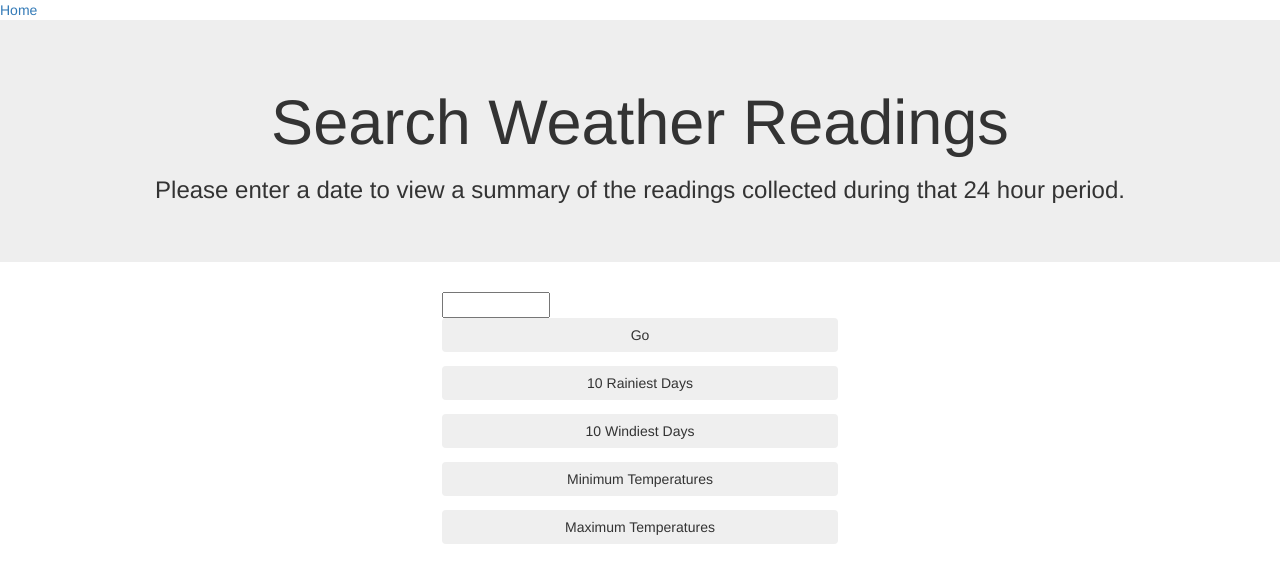
Repository: kralin27/ILC
Page: http://localhost/TESCWeather/WEB-INF/jsp/Search.jsp
An editor plug-in stored every save of this project. The page is shown before and after the next save, followed by the edit.
The browser window is 1280 px wide. The pictures show the whole page.
The page is served by Tomcat 9. Nobody is signed in. The template is opened directly, without the code that normally fills it, so the values that code supplies are empty.

Above is the page before, as saved 2016-12-13 02:52:13.

After the next save:
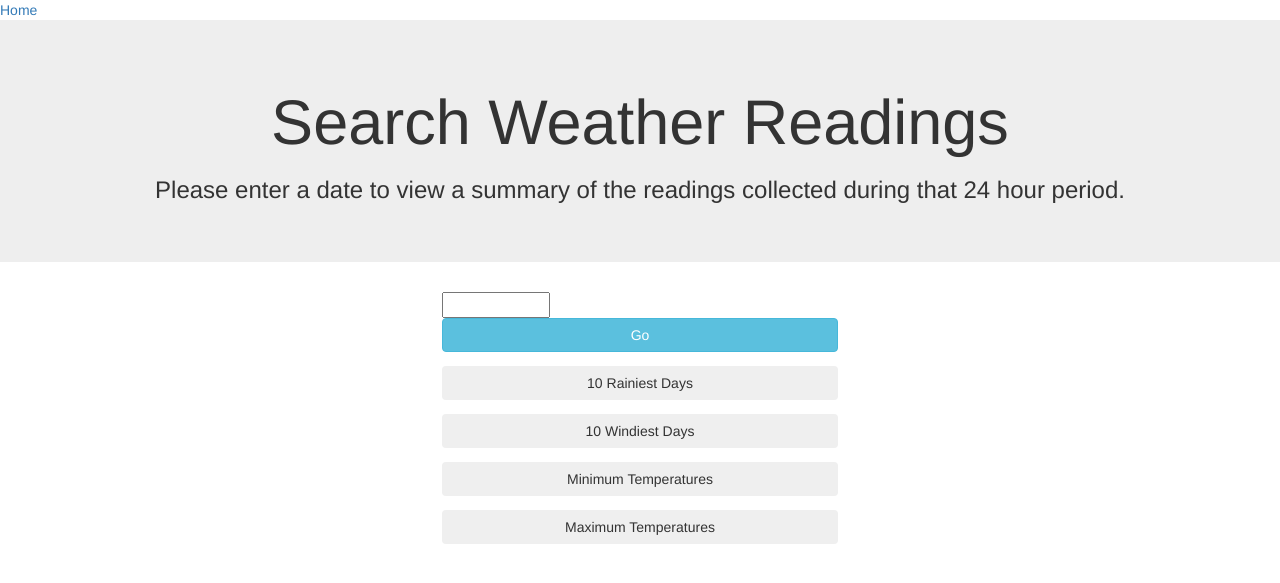
Saved 76 s later.
--- a/TESCWeather/src/main/webapp/WEB-INF/jsp/Search.jsp
+++ b/TESCWeather/src/main/webapp/WEB-INF/jsp/Search.jsp
@@ -25,7 +25,7 @@
 	<form method="GET" action=" <spring:url value="/WeatherReadings/Date" />">
 		<input type="text" name="date" size="10" >
 		<p>
-		<button type="submit" class="btn btn-large btn-block"> Go</button>
+		<button type="submit" class="btn btn-large btn-block btn-info"> Go</button>
 	</form>
 
 	<form method="GET" action=" <spring:url value="/WeatherReadings/Measure/Rain" />">
